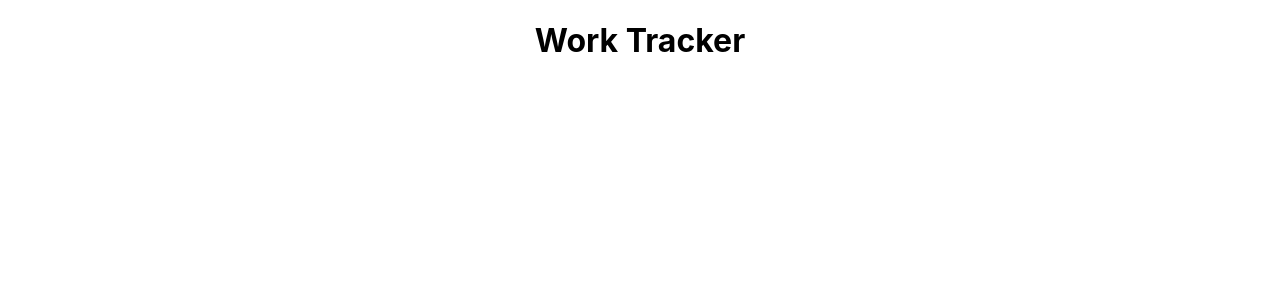
Repository: sudhakaryadav07/react-hooks
Page: /
These files come from the project's save history. The page is drawn as it stood at one moment and after the next save; the edit follows.
The browser window is 1280 px wide. The pictures show the whole page.
The project was rebuilt for these pictures with package versions that can differ from the ones it lists, and the page was loaded fresh each time.

Above is the page before, as saved 2021-03-25 09:48:05.

### src/index.js
import React from 'react';
import ReactDOM from 'react-dom';
import './index.css';
import App from './App';
import { Provider } from 'react-redux';
import store from './store';

ReactDOM.render(
  <React.StrictMode>
    <Provider store={store}>
      <App />
    </Provider>
  </React.StrictMode>,
  document.getElementById('root')
);

### src/App.js
import './App.css';
import Workouts from './components/Workouts';

function App() {
  return (
    <div className="App">
      <h1>Work Tracker</h1>
      <Workouts/>
    </div>
  );
}

export default App;

### src/store.js
import { createStore } from 'redux';
import { composeWithDevTools } from 'redux-devtools-extension';
import rootReducer from './reducers/rootReducer';

const store = createStore(rootReducer, composeWithDevTools());

export default store;

### src/components/Workouts.js
import React from 'react'

const Workouts = () => {
    return (
        <div>

        </div>
    )
}

export default Workouts

### src/reducers/rootReducer.js
import { combineReducers } from "redux";
import activitiesReducer from "./activitiesReducer";

export default combineReducers({ activities: activitiesReducer });

### src/reducers/activitiesReducer.js
const INITIAL = {
    activities: []
}

const activitiesReducer = (state = INITIAL, action) => {
    switch (action.type) {
        // case type:
        //     return {
        //         ...state,

        //     };

        default:
            return state;
    }
}

export default activitiesReducer;

Loaded but not shown: public/index.html (common file); src/index.css (common file); src/App.css (common file)

After the next save:
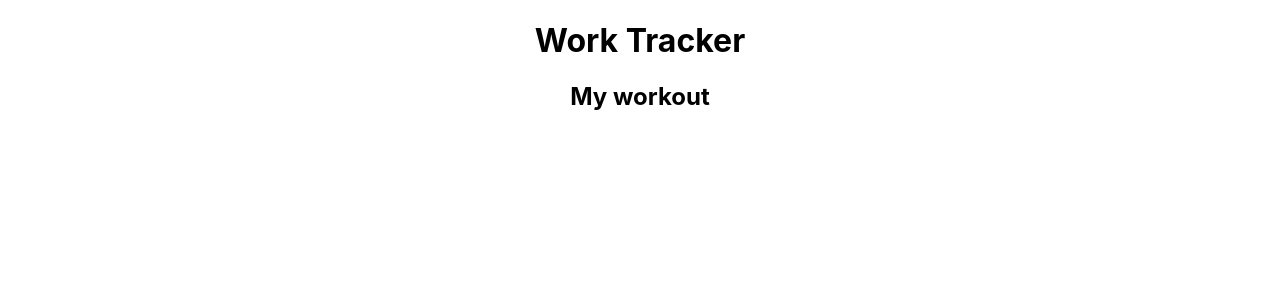
Saved 13 s later.
--- a/src/components/Workouts.js
+++ b/src/components/Workouts.js
@@ -3,7 +3,7 @@ import React from 'react'
 const Workouts = () => {
     return (
         <div>
-
+            <h2>My workout</h2>
         </div>
     )
 }
